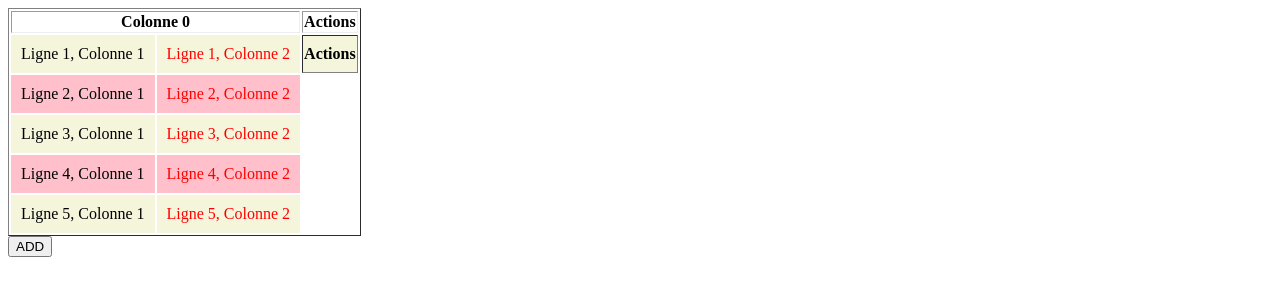
Repository: Chaimaa482/web-tp4
Page: ex1.html
These files come from the project's save history. The page is drawn as it stood at one moment and after a run of saves; the edit follows.
The browser window is 1280 px wide. The pictures show the whole page.

Above is the page before, as saved 2023-10-29 15:14:56.

After the next 3 saves:
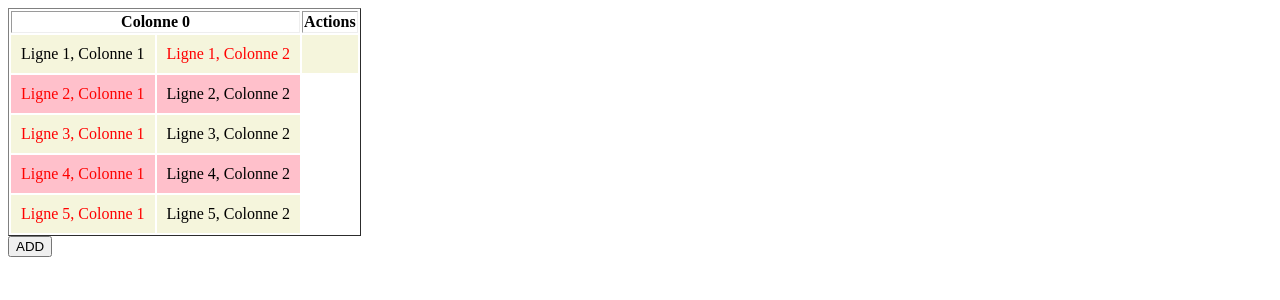
The 3 saves are shown as one change because they came seconds apart.
The last was saved 8 s later.
--- a/ex1.html
+++ b/ex1.html
@@ -12,7 +12,7 @@
         <tr>
             <td>Ligne 1, Colonne 1</td>
             <td>Ligne 1, Colonne 2</td>
-            <th>Actions</th>
+            <td></td>
         </tr>
         <tr>
             <td>Ligne 2, Colonne 1</td>
